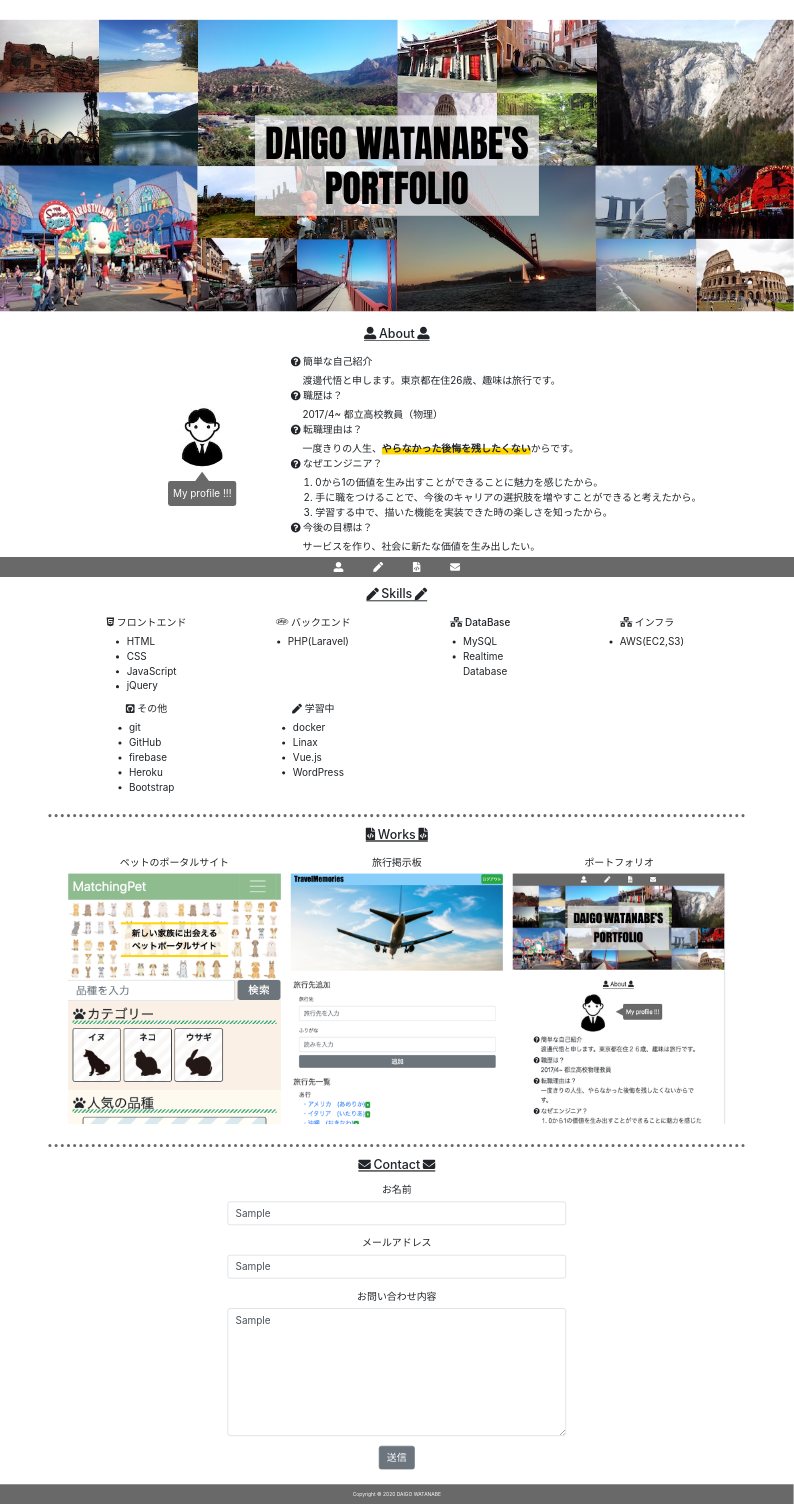
Repository: watanabedaigo/Portfolio
Page: public/index.html
The author's editor kept a record of every edit. The page is drawn from the files as they stood at one moment, then again after the next edit.
The browser window is 1280 px wide. The pictures show the whole page, at 62% of full size.
Empty fields were first filled with sample values (such as "Sample", 5 or name@example.com).
After loading, the first visible `span.ml-4` was clicked once.
Some web libraries are served in a nearby version.

Above is the page before.

After the next edit:
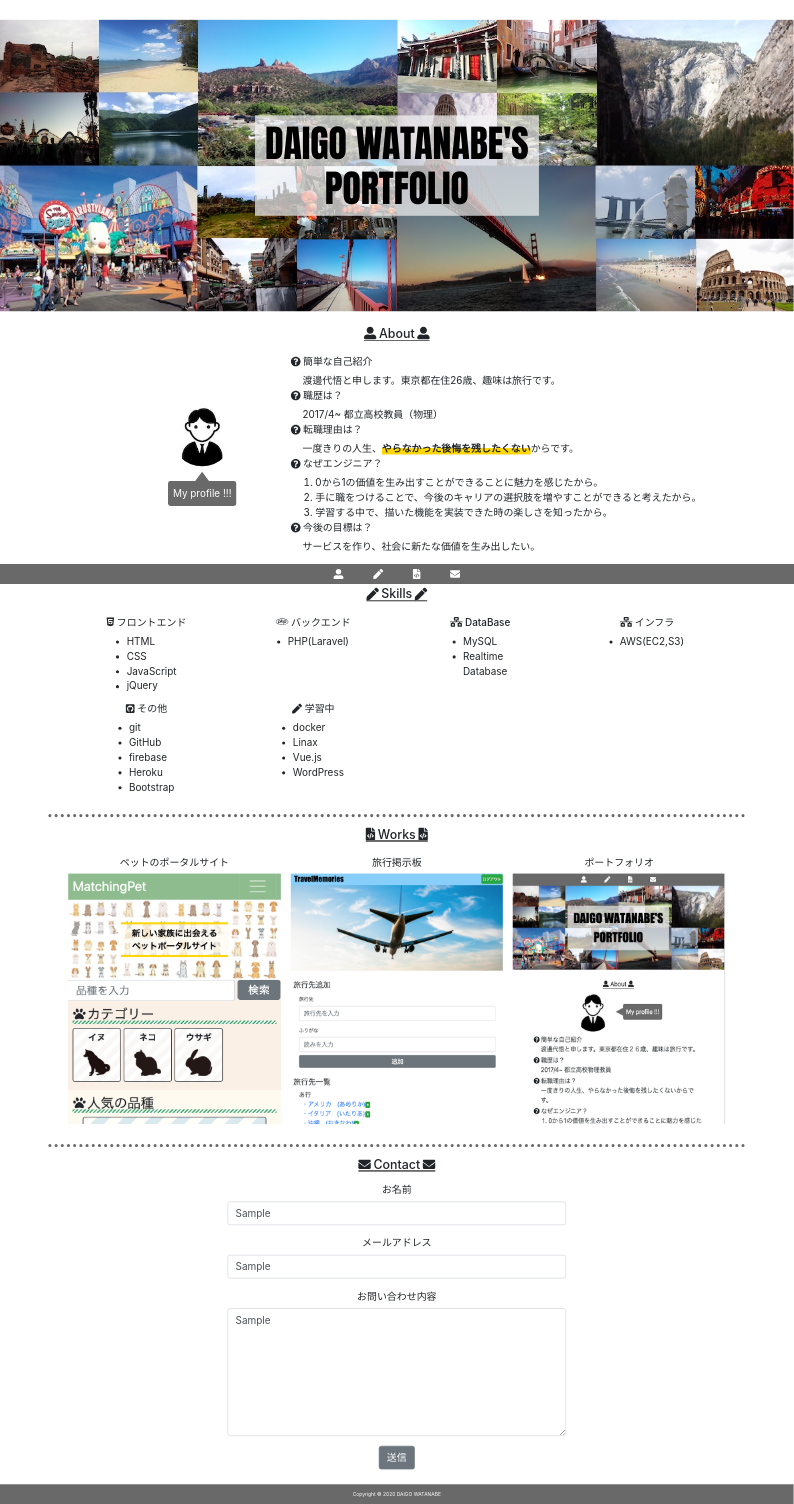
The edit:
--- a/public/js/main.js
+++ b/public/js/main.js
@@ -5,7 +5,7 @@
 
 $('.skills-icon').on('click',() => {
     const skills = $('#skills').offset().top;
-    $("html, body").animate({ scrollTop: skills - 32 }, 200);
+    $("html, body").animate({ scrollTop: skills - 20}, 200);
 });
 
 $('.works-icon').on('click',() => {
